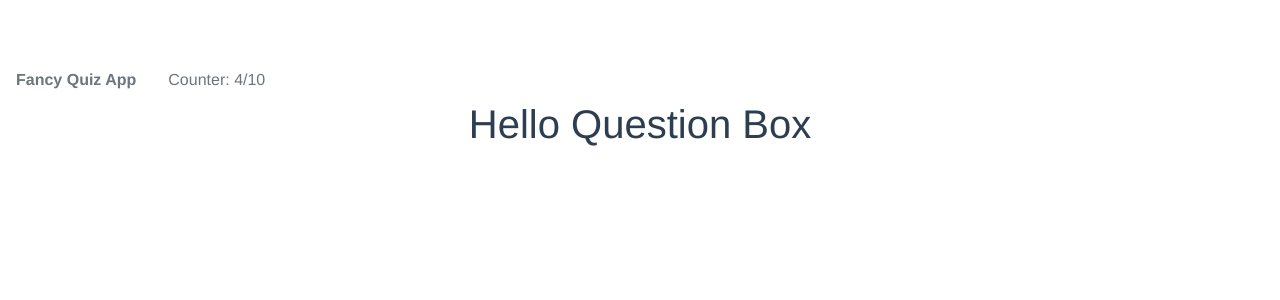
Repository: cacm96/Quiz
Page: /
These files come from the project's save history. The page is drawn as it stood at one moment and after the next save; the edit follows.
The browser window is 1280 px wide. The pictures show the whole page.
The project was rebuilt for these pictures with package versions that can differ from the ones it lists, and the page was loaded fresh each time.

Above is the page before, as saved 2021-04-25 22:55:13.

### src/main.js
import Vue from "vue";

import { BootstrapVue, IconsPlugin } from "bootstrap-vue";
import App from "./App.vue";
import "bootstrap/dist/css/bootstrap.css";
import "bootstrap-vue/dist/bootstrap-vue.css";
Vue.use(BootstrapVue);
Vue.use(IconsPlugin);

Vue.config.productionTip = false;

new Vue({
  render: (h) => h(App),
}).$mount("#app");

### src/App.vue
<template>
  <div id="app">
    <Header />
    <QuestionBox />
  </div>
</template>

<script>
import Header from "./components/Header.vue";
import QuestionBox from "./components/QuestionBox.vue";

export default {
  name: "App",
  components: {
    QuestionBox,
    Header,
  },
};
</script>

<style>
#app {
  font-family: Avenir, Helvetica, Arial, sans-serif;
  -webkit-font-smoothing: antialiased;
  -moz-osx-font-smoothing: grayscale;
  text-align: center;
  color: #2c3e50;
  margin-top: 60px;
}
</style>

### src/components/Header.vue
<template>
  <b-nav>
    <b-nav-item disabled><b>Fancy Quiz App</b></b-nav-item>
    <b-nav-item disabled>Counter: 4/10</b-nav-item>
  </b-nav>
</template>

### src/components/QuestionBox.vue
<template>
  <h1>Hello Question Box</h1>
</template>

Loaded but not shown: public/index.html (common file)

After the next save:
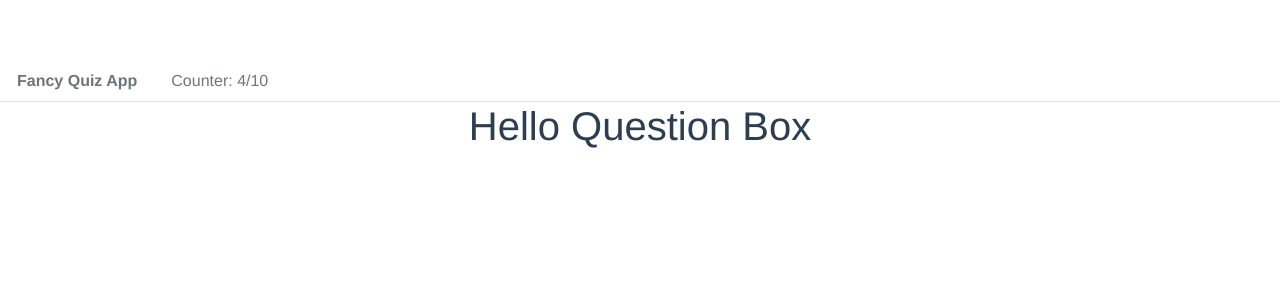
Saved 27 s later.
--- a/src/components/Header.vue
+++ b/src/components/Header.vue
@@ -1,5 +1,5 @@
 <template>
-  <b-nav>
+  <b-nav tabs>
     <b-nav-item disabled><b>Fancy Quiz App</b></b-nav-item>
     <b-nav-item disabled>Counter: 4/10</b-nav-item>
   </b-nav>
